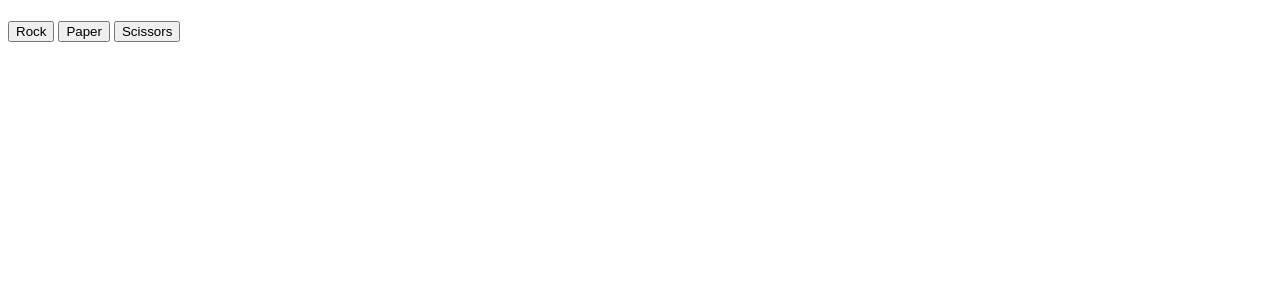
Repository: Ascendrospyder/rock-paper-scissors
Page: app.html
The author's editor kept a copy of each file at every save. The page is drawn from the files as they stood at one save, then again after the next save.
The browser window is 1280 px wide. The pictures show the whole page.

Above is the page before, as saved 2022-12-21 01:12:49.

After the next save:
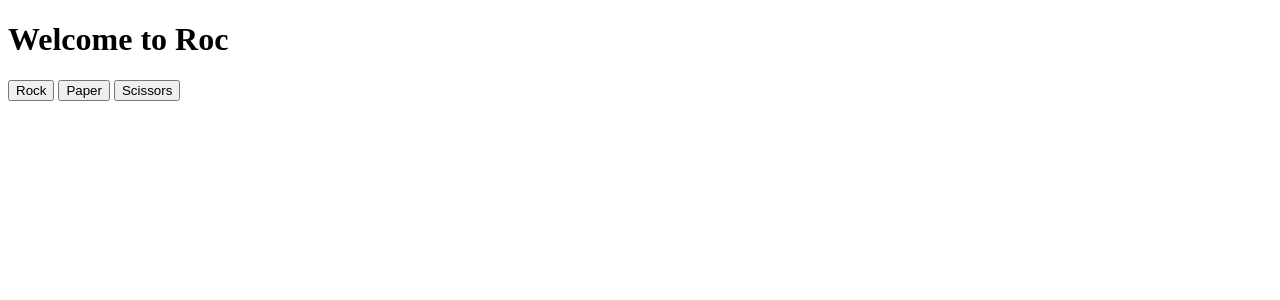
Saved 6 s later.
--- a/app.html
+++ b/app.html
@@ -8,7 +8,7 @@
   <script src= "./src/script.js" defer></script>
 </head>
 <body>
-  <h1></h1>
+  <h1>Welcome to Roc</h1>
   <button class = "rock">Rock</button>
   <button class = "paper">Paper</button>
   <button class = "scissors">Scissors</button>
